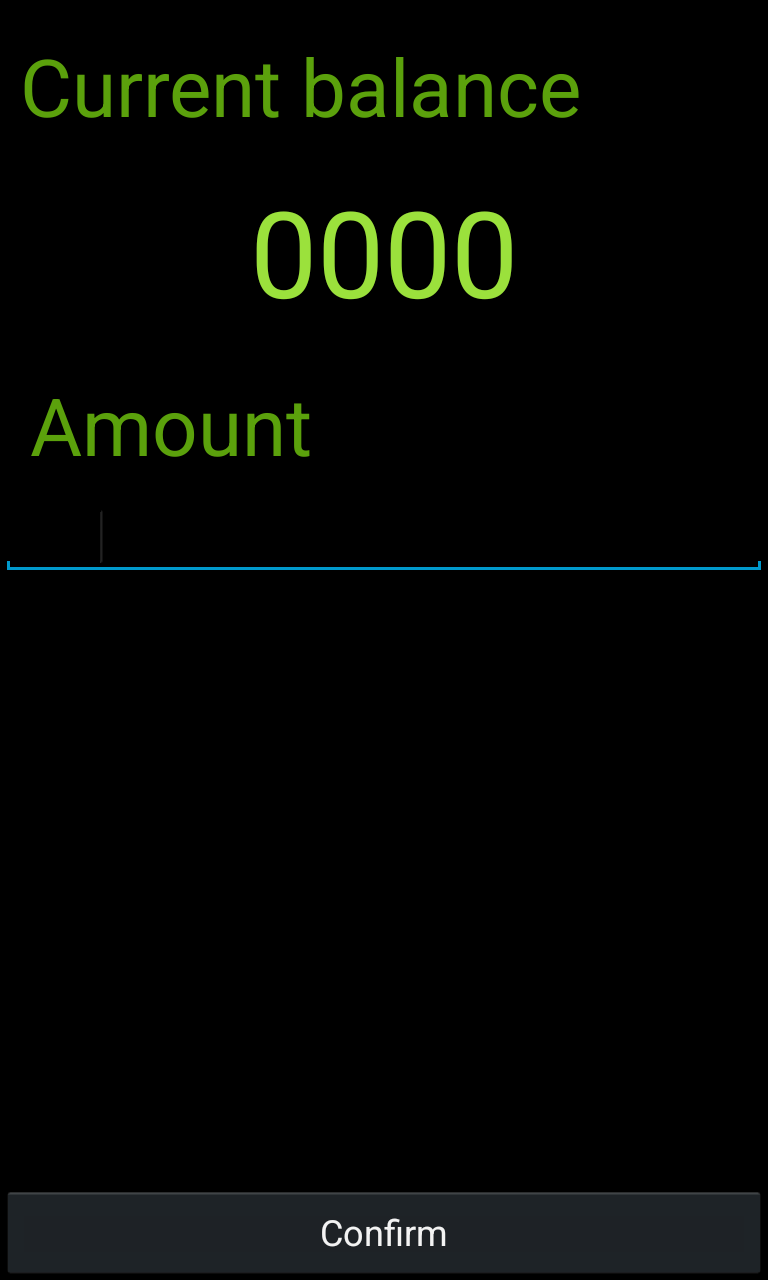
Repository: rrafols/EcoHack
Layout: EcoWalletAndroid/res/layout/payment_layout.xml
The author's editor kept a copy of each file at every save. The layout is drawn from the files as they stood at one save, then again after the next save.
It is drawn on a 768 x 1280 px phone screen (xhdpi) without system bars, with theme android:Theme.Holo; the app's code is not run.

Above is the layout before, as saved 2014-02-23 05:39:17.

### EcoWalletAndroid/res/layout/payment_layout.xml
<?xml version="1.0" encoding="utf-8"?>
<RelativeLayout xmlns:android="http://schemas.android.com/apk/res/android"
    android:layout_width="match_parent"
    android:layout_height="match_parent" >

    <LinearLayout
        android:id="@+id/LayoutPaymentActivity"
        android:layout_width="match_parent"
        android:layout_height="match_parent"
        android:orientation="vertical" >

        <TextView
            android:id="@+id/textView1"
            android:layout_width="wrap_content"
            android:layout_height="wrap_content"
            android:layout_marginBottom="16dp"
            android:layout_marginLeft="10dp"
            android:layout_marginTop="@dimen/activity_vertical_margin"
            android:text="Current balance"
            android:textAppearance="?android:attr/textAppearanceLarge"
            android:textColor="#5BA10C"
            android:textSize="40sp" />

        <TextView
            android:id="@+id/textViewCurrentBalance"
            android:layout_width="match_parent"
            android:layout_height="wrap_content"
            android:gravity="center_horizontal"
            android:text="0000"
            android:textAppearance="?android:attr/textAppearanceLarge"
            android:textColor="#9BE13C"
            android:textSize="60sp" />

        <TextView
            android:id="@+id/textView2"
            android:layout_width="match_parent"
            android:layout_height="wrap_content"
            android:layout_marginBottom="10dp"
            android:layout_marginLeft="15dp"
            android:layout_marginTop="20dp"
            android:text="Amount"
            android:textAppearance="?android:attr/textAppearanceLarge"
            android:textColor="#5BA10C"
            android:textSize="40sp" />

        <EditText
            android:id="@+id/amount2pay"
            android:layout_width="match_parent"
            android:layout_height="wrap_content"
            android:ems="10"
            android:inputType="number"
            android:paddingLeft="50dp"
            android:paddingRight="50dp" >

            <requestFocus />
        </EditText>
    </LinearLayout>

    <Button
        android:id="@+id/confirmaPago"
        android:layout_width="match_parent"
        android:layout_height="wrap_content"
        android:layout_alignParentBottom="true"
        android:padding="10dp"
        android:text="Confirm" />

    <TextView
        android:id="@+id/FondoQr"
        android:layout_width="match_parent"
        android:layout_height="match_parent"
        android:background="@android:color/white"
        android:text=""
        android:visibility="gone" />

</RelativeLayout>

Loaded but not shown: EcoWalletAndroid/res/values/dimens.xml (common file)

After the next save:
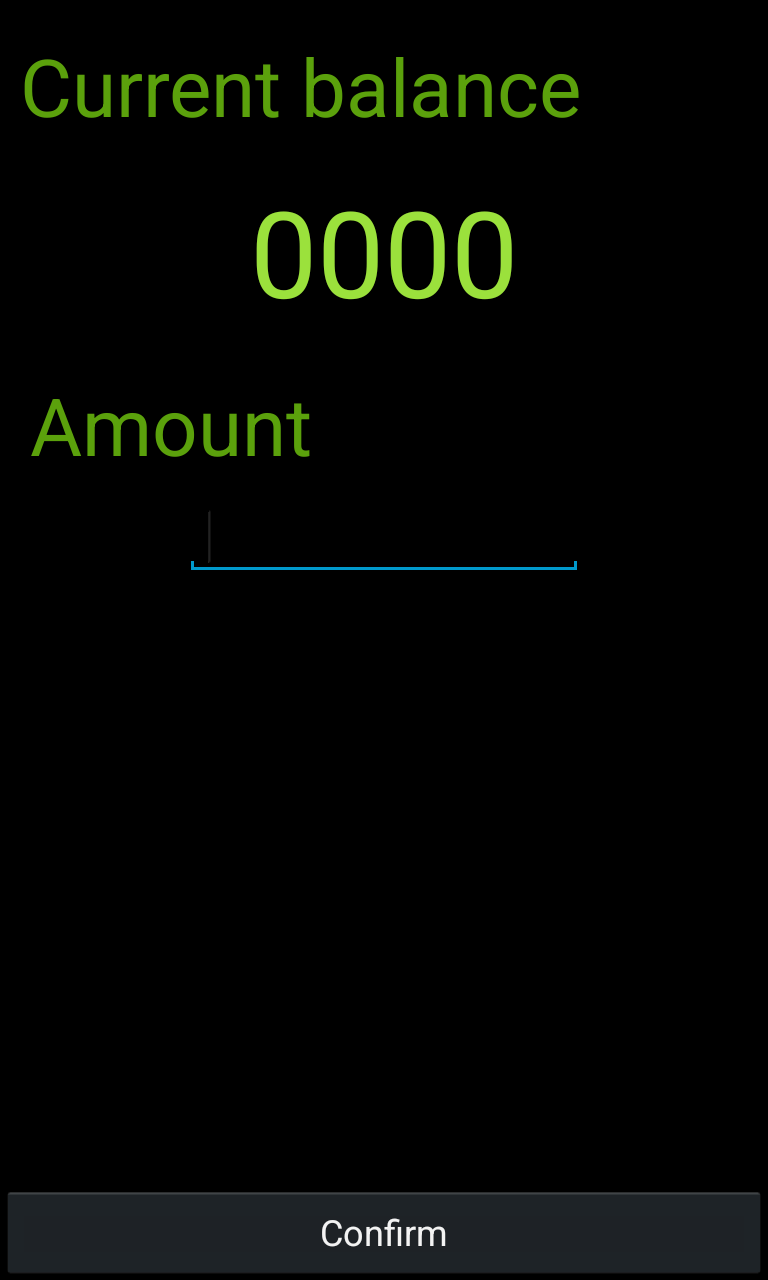
Saved 67 s later.
--- a/EcoWalletAndroid/res/layout/payment_layout.xml
+++ b/EcoWalletAndroid/res/layout/payment_layout.xml
@@ -45,12 +45,11 @@
 
         <EditText
             android:id="@+id/amount2pay"
-            android:layout_width="match_parent"
+            android:layout_width="200dp"
             android:layout_height="wrap_content"
-            android:ems="10"
-            android:inputType="number"
-            android:paddingLeft="50dp"
-            android:paddingRight="50dp" >
+            android:layout_gravity="center_horizontal"
+            android:ems="20"
+            android:inputType="number" >
 
             <requestFocus />
         </EditText>
